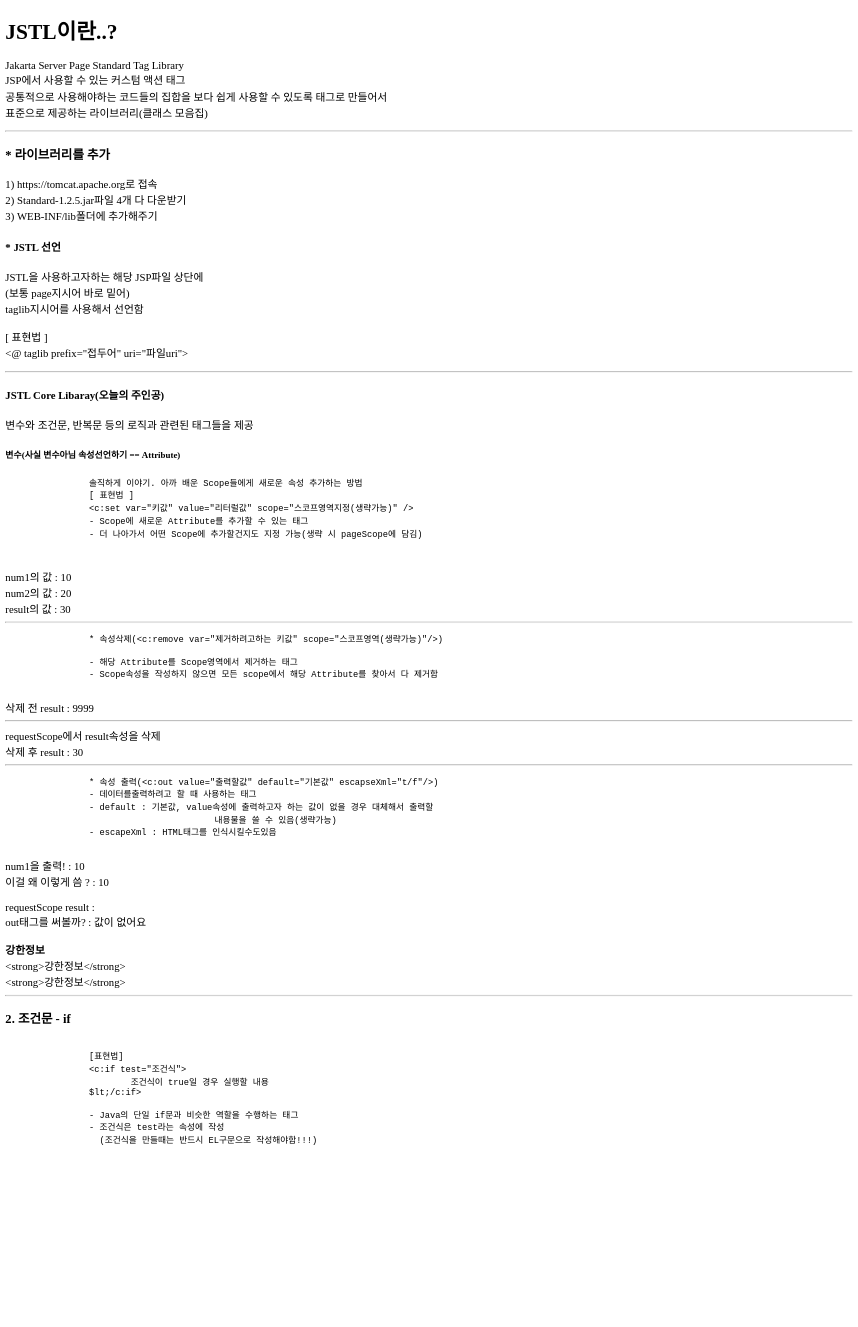
Repository: dltbxkfm86-creator/web
Page: http://localhost/Action/jstl.do
The author's editor kept a copy of each file at every save. The page is drawn from the files as they stood at one save, then again after the next save.
The browser window is 1280 px wide. The pictures show the whole page, at 67% of full size.
The page is served by Tomcat 9.

Above is the page before, as saved 2025-09-25 00:44:25.

After the next save:
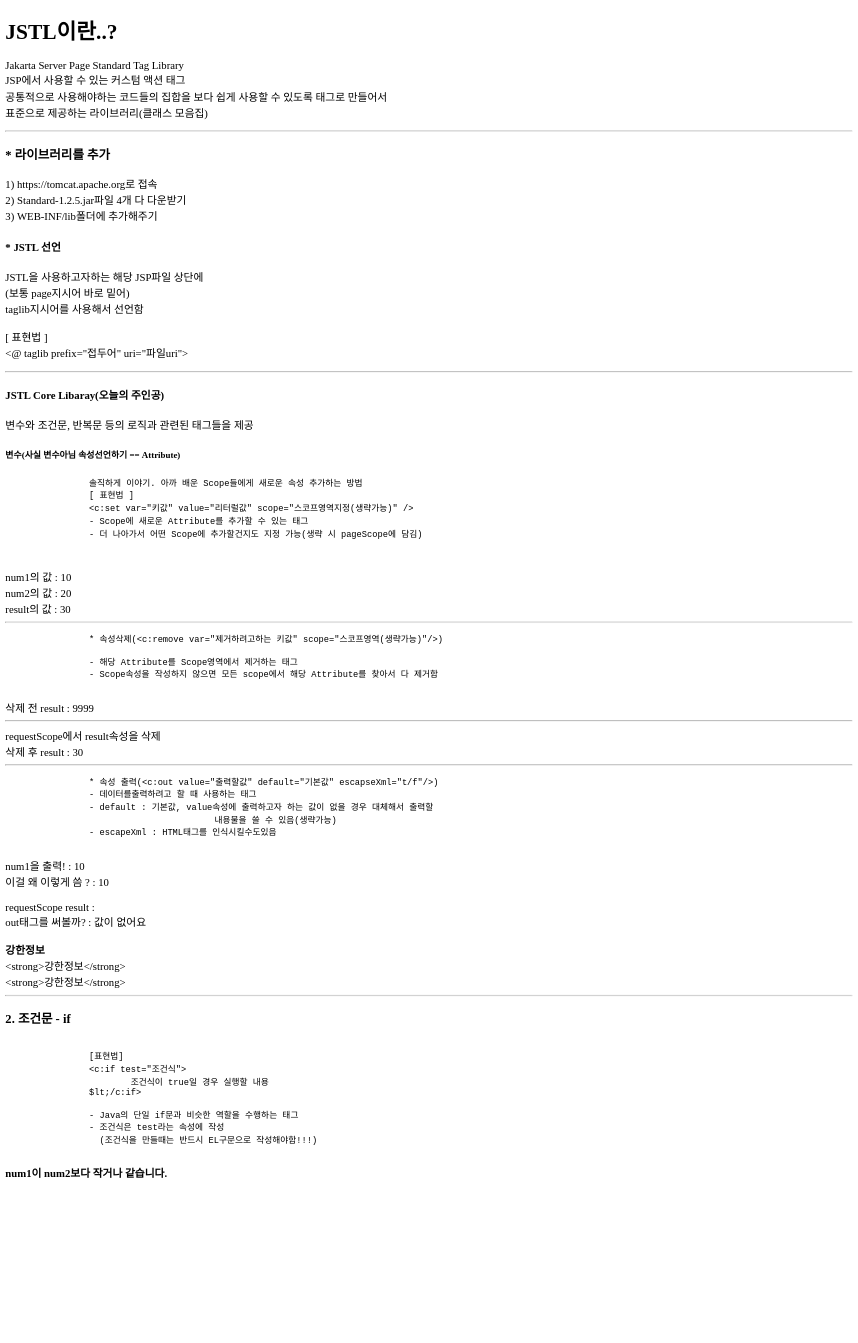
Saved 53 s later.
--- a/Action/src/main/webapp/WEB-INF/views/customaction/JSTL.jsp
+++ b/Action/src/main/webapp/WEB-INF/views/customaction/JSTL.jsp
@@ -145,6 +145,10 @@
 		<strong>num1이 num2보다 큽니다.</strong> <br>
 	</c:if>
 
+	<c:if test="${ num1 le num2 }">
+		<strong>num1이 num2보다 작거나 같습니다.</strong> <br>
+	</c:if>
+
 
 
 
